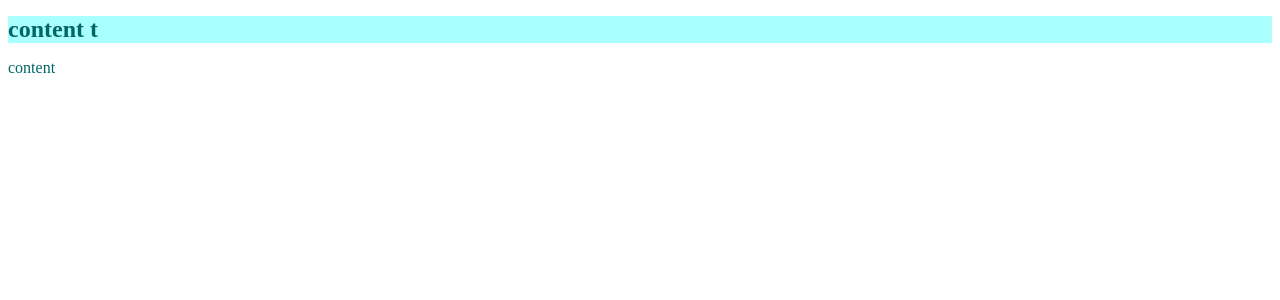
Repository: k-saito-256/test
Page: http://localhost/
The author's editor kept a record of every edit. The page is drawn from the files as they stood at one moment, then again after the next edit.
The browser window is 1280 px wide. The pictures show the whole page.
The page is served by the project's Node server (app.js).

Above is the page before.
Not found: js/main.js

### views/hello.ejs
<!DOCTYPE html>
<html lang="ja">
<head>
    <meta http-equiv="content-type"
        content="text/html; charset=UTF-8">
    <title> <%= title %> </title>
    <link rel="stylesheet" type="text/css" href="css/main.css" />
    <script type="text/javascript" src="js/main.js"></script>
</head>


<body>
    <header>
        <h1 id="h1"> <%=title %></h1>
    </header>
    <div role="main">
        <p><%-content %></p>
    </div>
</body>

</html>

### app.js

var express = require('express');
var ejs = require('ejs');

var app = express();
app.set('view engine', 'ejs');

app.get('/', function (req, res) {


    res.render('hello.ejs', {
		title: "content t",
		content: "content"
	});

    res.end();
})

var server = app.listen(process.env.PORT || 3000, process.env.IP || "0.0.0.0", function () {
  console.log("app")

  var host = server.address().address
  var port = server.address().port
  console.log('Example app listening at http://%s:%s', host, port)

})


/*var express = require('express')
var http = require('http');

var app = express();
app.set('title', 'My Site');
app.get('/', function(req, res){
  console.log(req)
  res.send('hello world');
});

var server = http.createServer(app);

server.listen(8080);
*/

### public/css/main.css
    body { font-size:12pt; color:#006666; }
    h1 { font-size:18pt; background-color:#AAFFFF; }
    pre { background-color:#EEEEEE; }

After the next edit:
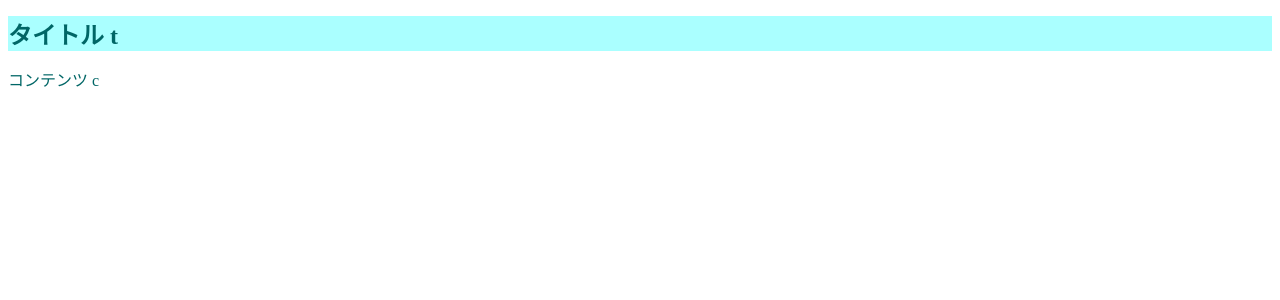
The edit:
--- a/app.js
+++ b/app.js
@@ -7,10 +7,9 @@
 
 app.get('/', function (req, res) {
 
-
     res.render('hello.ejs', {
-		title: "content t",
-		content: "content"
+		title: "タイトル t",
+		content: "コンテンツ c"
 	});
 
     res.end();
